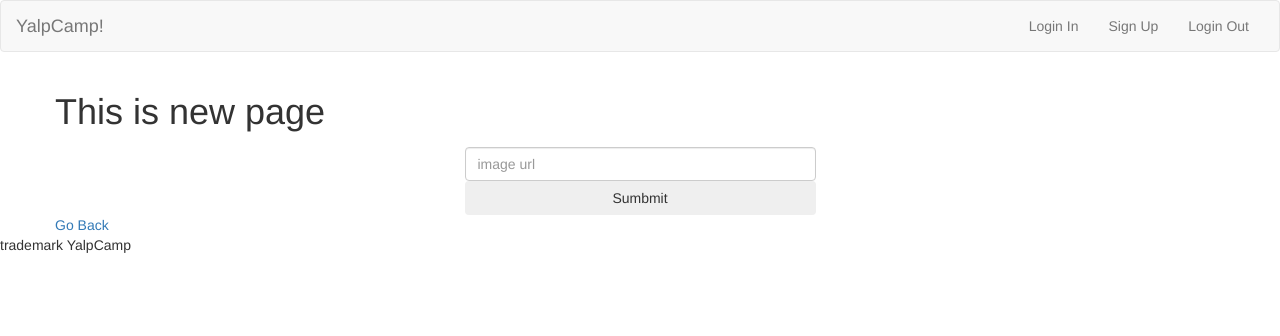
Repository: yli166/the-web-developer-bootcamp
Page: http://localhost/campgrounds/new
The author's editor kept a record of every edit. The page is drawn from the files as they stood at one moment, then again after the next edit.
The browser window is 1280 px wide. The pictures show the whole page.
The page is served by the project's Node server (yalpcamp/v1/app.js).

Above is the page before.

After the next edit:
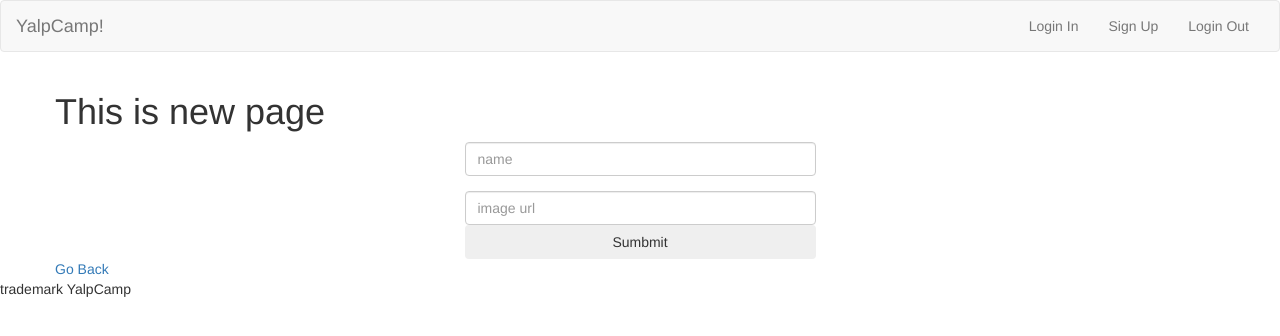
The edit:
--- a/nodejs/workspace/yalpcamp/v1/views/new.ejs
+++ b/nodejs/workspace/yalpcamp/v1/views/new.ejs
@@ -5,7 +5,7 @@
         <div style="width:30%; margin:0 auto;">
         <form action= '/campgrounds' method= 'POST'>
             <div class='form-group'>
-
+            <input class='form-control' type='text' name= 'name' placeholder='name'>
             </div>
             <div class='form-group'>
 
